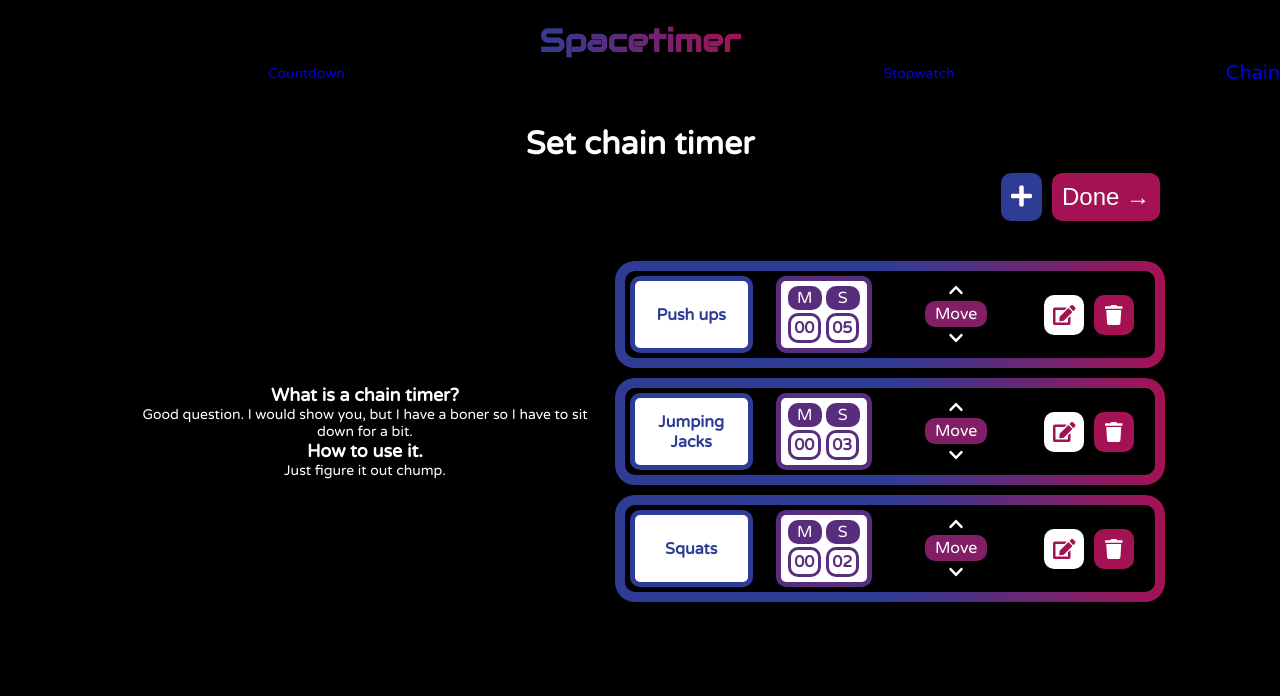
Repository: JohnKrige/space-timer2
Page: /timer-chain
An editor plug-in stored every save of this project. The page is shown before and after the next save, followed by the edit.
The browser window is 1280 px wide. The pictures show the whole page.
The project was rebuilt for these pictures with package versions that can differ from the ones it lists, and the page was loaded fresh each time. Also part of the build but not shown: src/components/Timer/styles.js, src/components/Timer/TimerDisplay.js, src/components/Stopwatch/Stopwatch.js, src/components/ChainTimer/ChainTimerItem.js, src/components/SetTimerModal/transition-styles.css, src/components/Timer/Repeater.js, src/components/CountdownTimer/countdownTimerStyles.js, src/components/CountdownTimer/CountdownTimer.js. Imported but missing from the stored project, and not drawn on this page: src/components/CountdownTimer/beep.flac, src/components/CountdownTimer/timersound1.wav.

Above is the page before, as saved 2021-11-21 11:41:38.

After the next save:
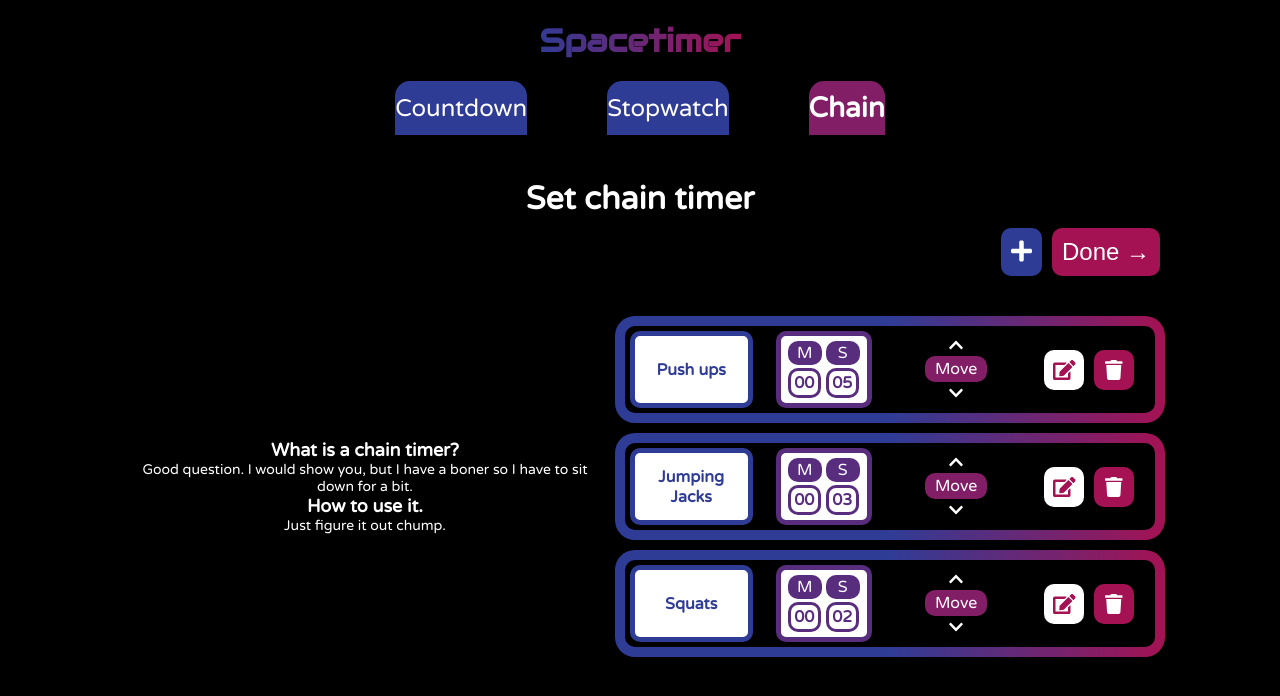
Saved 42 s later.
--- a/src/components/Nav/styles.js
+++ b/src/components/Nav/styles.js
@@ -7,7 +7,7 @@
     display: flex;
     align-items: center;
     justify-content: center;
-    background-color: ${props => props.selected ? "#821e66" : "rgba(47,60,150,1"};
+    background-color: ${props => props.selected ? "#821e66" : "rgba(47,60,150,1)"};
     padding: 10px 0;
     border-radius: 15px 15px 0 0;
 

After the save that followed:
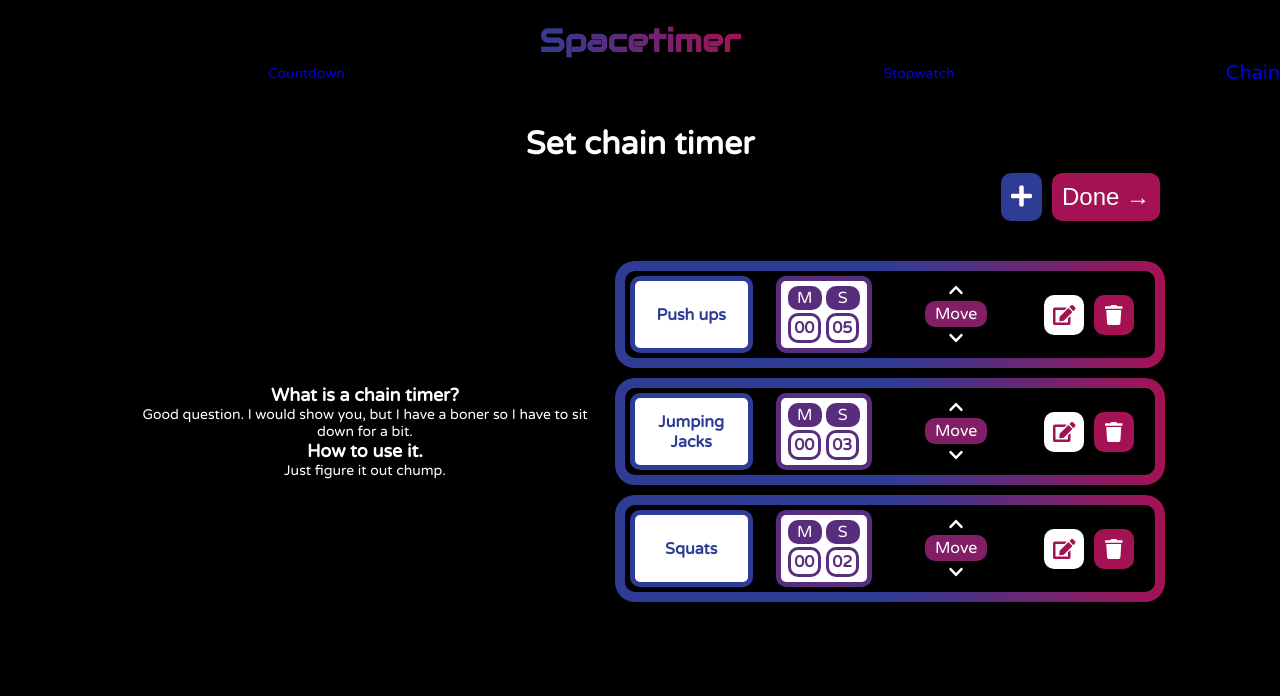
Saved 49 s later.
--- a/src/components/Nav/styles.js
+++ b/src/components/Nav/styles.js
@@ -7,7 +7,7 @@
     display: flex;
     align-items: center;
     justify-content: center;
-    background-color: ${props => props.selected ? "#821e66" : "rgba(47,60,150,1)"};
+    background-color: ${props => props.selected ? "#821e66" : "rgba(47,60,150,1"};
     padding: 10px 0;
     border-radius: 15px 15px 0 0;
 
@@ -21,13 +21,11 @@
         font-size: ${props => props.selected && "16px"};
         font-weight: bold;
         text-center;
-        color: white;
 
         @media (min-width: 1024px) {
             font-size: ${props => props.selected ? "28" : "24"}px;
             color: white;
             font-weight: ${props => props.selected ? "bold" : "400"} ;
-
         }
     }
 
